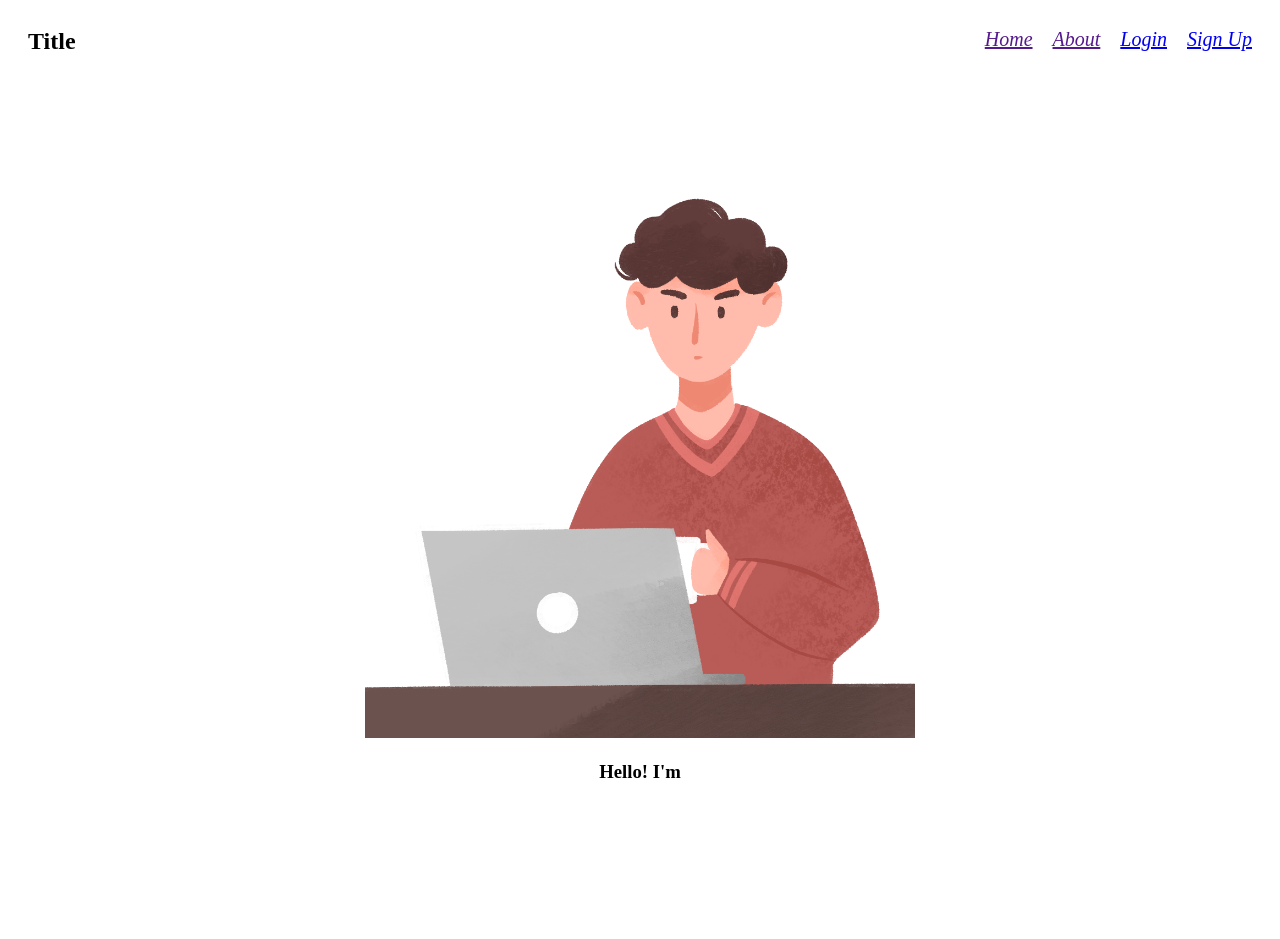
Repository: beruzz/ezen
Page: http://localhost/introduce/
An editor plug-in stored every save of this project. The page is shown before and after the next save, followed by the edit.
The browser window is 1280 px wide. The pictures show the whole page.
The page is served by Tomcat 9.

Above is the page before, as saved 2022-12-12 11:47:36.

After the next save:
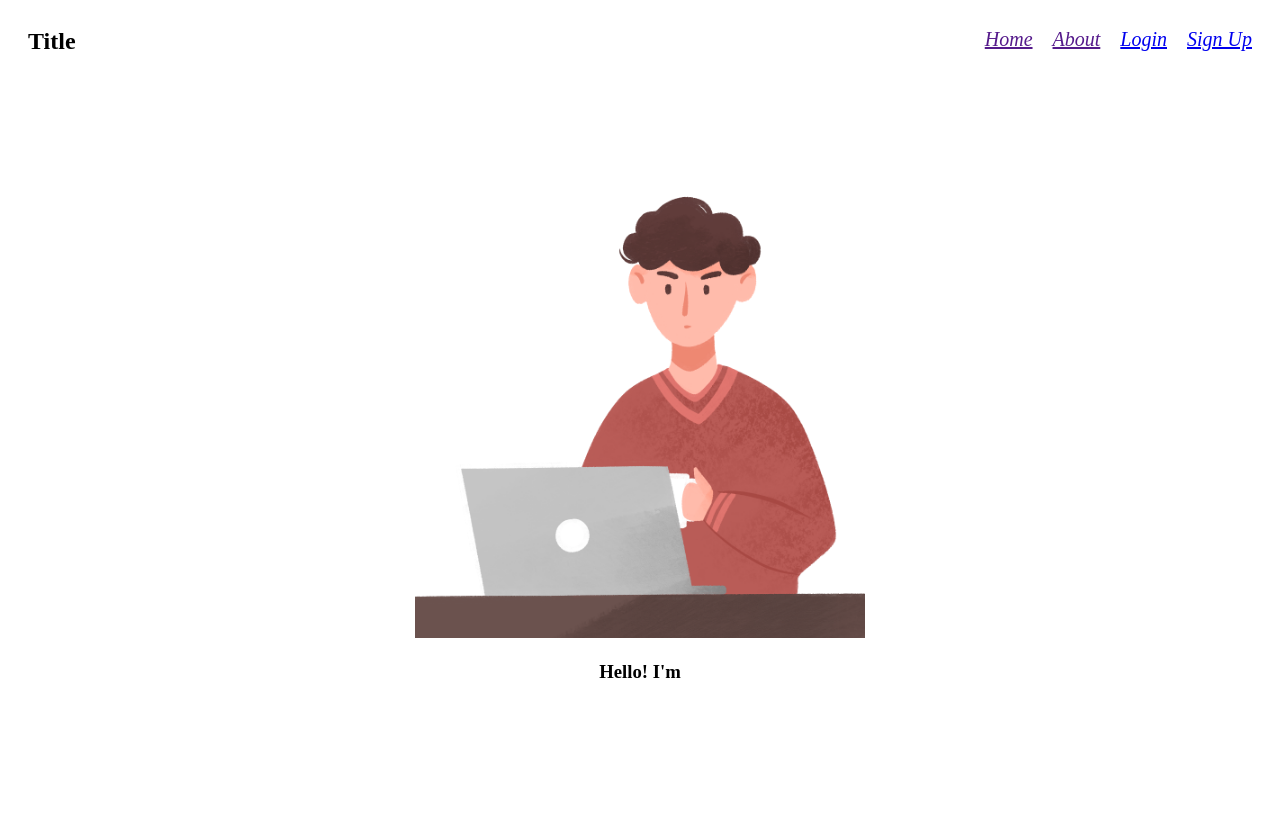
Saved 17 h 33 min later.
--- a/JSP_Board&Member/introduce/src/main/webapp/index.jsp
+++ b/JSP_Board&Member/introduce/src/main/webapp/index.jsp
@@ -51,7 +51,7 @@
 		</nav>
 	</header>
 		<div class="one">
-        	<span class="profile"><img src="./images/me.png" width="550px;" height="550px" alt=""></span>
+        	<span class="profile"><img src="./images/me.png" width="450px;" height="450px" alt=""></span>
         	<h3><strong>Hello! I'm </strong><br></h3>
       	</div>
 </body>
